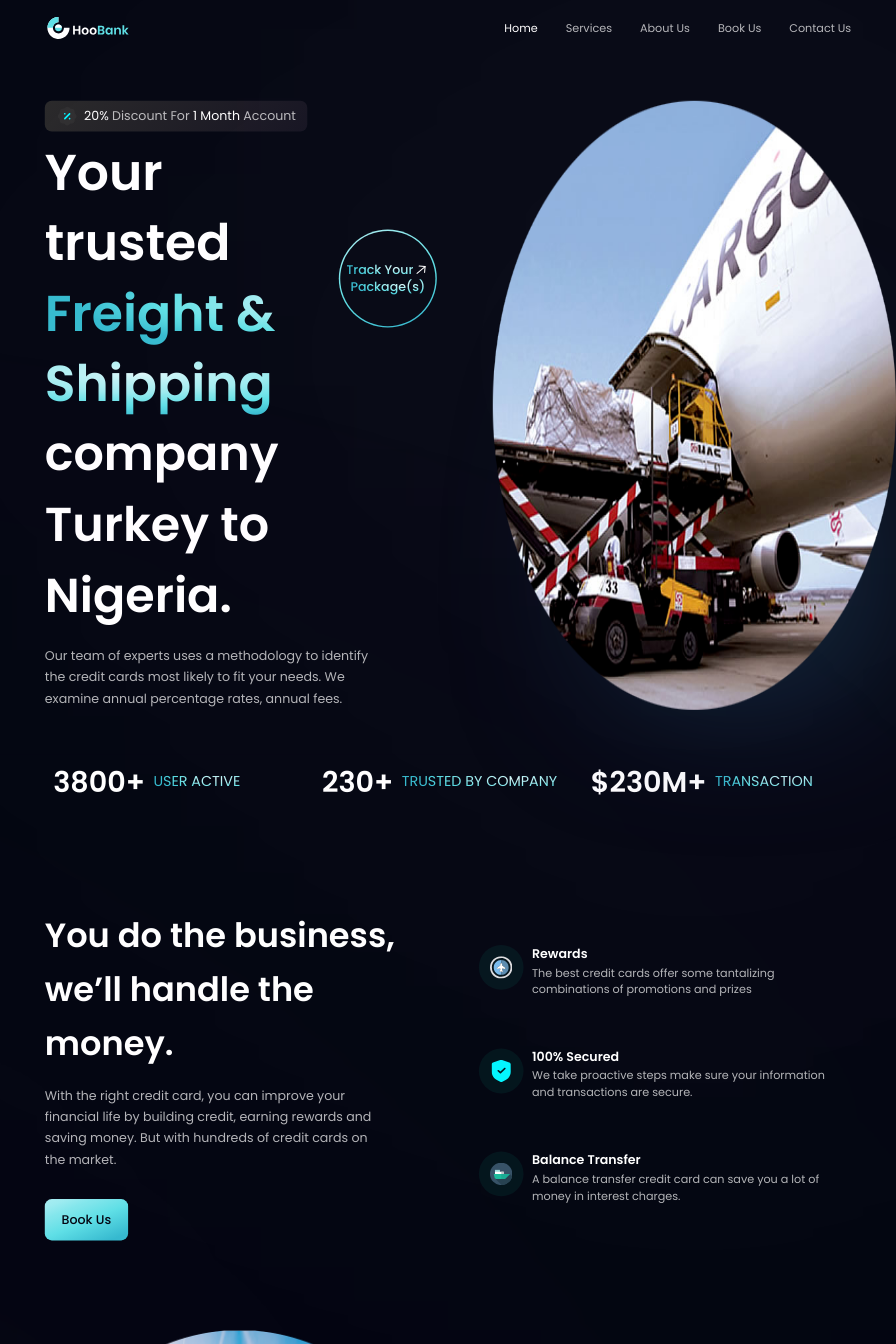
Repository: Miracleoluebube/captionlogistics
Page: /
These files come from the project's save history. The page is drawn as it stood at one moment and after a run of saves; the edit follows.
The browser window is 1280 px wide. The pictures show the part of the page from y = 0 to 1920 px (the page is 5317 px tall), at 70% of full size.
The project was rebuilt for these pictures with package versions that can differ from the ones it lists, and the page was loaded fresh each time. Also part of the build but not shown: vite.config.js.

Above is the page before, as saved 2022-10-01 11:43:09.

### src/index.css
/* :root {
  font-family: Inter, Avenir, Helvetica, Arial, sans-serif;
  font-size: 16px;
  line-height: 24px;
  font-weight: 400;

  color-scheme: light dark;
  color: rgba(255, 255, 255, 0.87);
  background-color: #242424;

  font-synthesis: none;
  text-rendering: optimizeLegibility;
  -webkit-font-smoothing: antialiased;
  -moz-osx-font-smoothing: grayscale;
  -webkit-text-size-adjust: 100%;
}

a {
  font-weight: 500;
  color: #646cff;
  text-decoration: inherit;
}
a:hover {
  color: #535bf2;
}

body {
  margin: 0;
  display: flex;
  place-items: center;
  min-width: 320px;
  min-height: 100vh;
}

h1 {
  font-size: 3.2em;
  line-height: 1.1;
}

button {
  border-radius: 8px;
  border: 1px solid transparent;
  padding: 0.6em 1.2em;
  font-size: 1em;
  font-weight: 500;
  font-family: inherit;
  background-color: #1a1a1a;
  cursor: pointer;
  transition: border-color 0.25s;
}
button:hover {
  border-color: #646cff;
}
button:focus,
button:focus-visible {
  outline: 4px auto -webkit-focus-ring-color;
}
*/

@import url("https://fonts.googleapis.com/css2?family=Poppins:wght@400;500;600;700;800;900&display=swap");

@tailwind base;
@tailwind components;
@tailwind utilities;

:root {
  --black-gradient: linear-gradient(
    144.39deg,
    #ffffff -278.56%,
    #6d6d6d -78.47%,
    #11101d 91.61%
  );
  --card-shadow: 0px 20px 100px -10px rgba(66, 71, 91, 0.1);
}

* {
  scroll-behavior: smooth;
}

.text-gradient {
  background: radial-gradient(
    64.18% 64.18% at 71.16% 35.69%,
    #def9fa 0.89%,
    #bef3f5 17.23%,
    #9dedf0 42.04%,
    #7de7eb 55.12%,
    #5ce1e6 71.54%,
    #33bbcf 100%
  );
  -webkit-background-clip: text;
  -webkit-text-fill-color: transparent;
  background-clip: text;
  text-fill-color: transparent;
}

.bg-blue-gradient {
  background: linear-gradient(
    157.81deg,
    #def9fa -43.27%,
    #bef3f5 -21.24%,
    #9dedf0 12.19%,
    #7de7eb 29.82%,
    #5ce1e6 51.94%,
    #33bbcf 90.29%
  );
}

.bg-black-gradient {
  background: linear-gradient(
    144.39deg,
    #ffffff -278.56%,
    #6d6d6d -78.47%,
    #11101d 91.61%
  );
}

.bg-black-gradient-2 {
  background: linear-gradient(
    -168.39deg,
    #ffffff -278.56%,
    #6d6d6d -78.47%,
    #11101d 91.61%
  );
}

.bg-gray-gradient {
  background: linear-gradient(
    153.47deg,
    rgba(255, 255, 255, 0) -341.94%,
    #14101d 95.11%
  );
}

.bg-discount-gradient {
  background: linear-gradient(125.17deg, #272727 0%, #11101d 100%);
}

.box-shadow {
  box-shadow: 0px 20px 100px -10px rgba(66, 71, 91, 0.1);
}

.sidebar {
  -webkit-animation: slide-top 0.5s cubic-bezier(0.25, 0.46, 0.45, 0.94) both;
  animation: slide-top 0.5s cubic-bezier(0.25, 0.46, 0.45, 0.94) both;
}

@-webkit-keyframes slide-top {
  0% {
    -webkit-transform: translateY(100px);
    transform: translateY(100px);
  }
  100% {
    -webkit-transform: translateY(0);
    transform: translateY(0);
  }
}

@keyframes slide-top {
  0% {
    -webkit-transform: translateY(100px);
    transform: translateY(100px);
  }
  100% {
    -webkit-transform: translateY(0);
    transform: translateY(0);
  }
}

.feature-card:hover {
  background: var(--black-gradient);
  box-shadow: var(--card-shadow);
}

.feedback-container .feedback-card:last-child {
  margin-right: 0px;
}

.feedback-card {
  background: transparent;
}

.feedback-card:hover {
  background: var(--black-gradient);
}

.blue__gradient {
  background: linear-gradient(180deg, rgba(188, 165, 255, 0) 0%, #214d76 100%);
  filter: blur(123px);
}

.pink__gradient {
  background: linear-gradient(90deg, #f4c4f3 0%, #fc67fa 100%);
  filter: blur(900px);
}

.white__gradient {
  background: rgba(255, 255, 255, 0.6);
  filter: blur(750px);
}


@media (prefers-color-scheme: light) {
  :root {
    color: #213547;
    background-color: #ffffff;
  }
  a:hover {
    color: #747bff;
  }
  button {
    background-color: #f9f9f9;
  }
}

### src/style.js
const styles = {
  boxWidth: "xl:max-w-[1280px] w-full",

  heading2: "font-poppins font-semibold xs:text-[48px] text-[40px] text-white xs:leading-[76.8px] leading-[66.8px] w-full",
  paragraph: "font-poppins font-normal text-dimWhite text-[18px] leading-[30.8px]",

  flexCenter: "flex justify-center items-center",
  flexStart: "flex justify-center items-start",

  paddingX: "sm:px-16 px-6",
  paddingY: "sm:py-16 py-6",
  padding: "sm:px-16 px-6 sm:py-12 py-4",

  marginX: "sm:mx-16 mx-6",
  marginY: "sm:my-16 my-6",
};

export const layout = {
  section: `flex md:flex-row flex-col ${styles.paddingY}`,
  sectionReverse: `flex md:flex-row flex-col-reverse ${styles.paddingY}`,

  sectionImgReverse: `flex-1 flex ${styles.flexCenter} md:mr-10 mr-0 md:mt-0 mt-10 relative`,
  sectionImg: `flex-1 flex ${styles.flexCenter} md:ml-10 ml-0 md:mt-0 mt-10 relative`,

  sectionInfo: `flex-1 ${styles.flexStart} flex-col`,
};

export default styles;

### src/components/Navbar.jsx
import { useState } from "react";

import { close, logo, menu } from "../assets";
import { navLinks } from "../constants";

const Navbar = () => {
  const [active, setActive] = useState("Home");
  const [toggle, setToggle] = useState(false);

  return (
    <nav className="w-full flex py-6 justify-between items-center navbar">
      <img src={logo} alt="hoobank" className="w-[124px] h-[32px]" />

      <ul className="list-none sm:flex hidden justify-end items-center flex-1">
        {navLinks.map((nav, index) => (
          <li
            key={nav.id}
            className={`font-poppins font-normal cursor-pointer text-[16px] ${
              active === nav.title ? "text-white" : "text-dimWhite"
            } ${index === navLinks.length - 1 ? "mr-0" : "mr-10"}`}
            onClick={() => setActive(nav.title)}
          >
            <a href={`#${nav.id}`}>{nav.title}</a>
          </li>
        ))}
      </ul>

      <div className="sm:hidden flex flex-1 justify-end items-center">
        <img
          src={toggle ? close : menu}
          alt="menu"
          className="w-[28px] h-[28px] object-contain"
          onClick={() => setToggle(!toggle)}
        />

        <div
          className={`${
            !toggle ? "hidden" : "flex"
          } p-6 bg-black-gradient absolute top-20 right-0 mx-4 my-2 min-w-[140px] rounded-xl sidebar`}
        >
          <ul className="list-none flex justify-end items-start flex-1 flex-col">
            {navLinks.map((nav, index) => (
              <li
                key={nav.id}
                className={`font-poppins font-medium cursor-pointer text-[16px] ${
                  active === nav.title ? "text-white" : "text-dimWhite"
                } ${index === navLinks.length - 1 ? "mb-0" : "mb-4"}`}
                onClick={() => setActive(nav.title)}
              >
                <a href={`#${nav.id}`}>{nav.title}</a>
              </li>
            ))}
          </ul>
        </div>
      </div>
    </nav>
  );
};

export default Navbar;

### src/components/Billing.jsx
import { apple, bill, google } from "../assets";
import styles, { layout } from "../style";

const Billing = () => (
  <section id="product" className={layout.sectionReverse}>
    <div className={layout.sectionImgReverse}>
      <img src={bill} alt="billing" className="w-[100%] h-[100%] relative z-[5]" />

      {/* gradient start */}
      <div className="absolute z-[3] -left-1/2 top-0 w-[50%] h-[50%] rounded-full white__gradient" />
      <div className="absolute z-[0] w-[50%] h-[50%] -left-1/2 bottom-0 rounded-full pink__gradient" />
      {/* gradient end */}
    </div>

    <div className={layout.sectionInfo}>
      <h2 className={styles.heading2}>
        Easily control your <br className="sm:block hidden" /> billing &
        invoicing
      </h2>
      <p className={`${styles.paragraph} max-w-[470px] mt-5`}>
        Elit enim sed massa etiam. Mauris eu adipiscing ultrices ametodio
        aenean neque. Fusce ipsum orci rhoncus aliporttitor integer platea
        placerat.
      </p>

      <div className="flex flex-row flex-wrap sm:mt-10 mt-6">
        <img src={apple} alt="google_play" className="w-[128.86px] h-[42.05px] object-contain mr-5 cursor-pointer" />
        <img src={google} alt="google_play" className="w-[144.17px] h-[43.08px] object-contain cursor-pointer" />
      </div>
    </div>
  </section>
);

export default Billing;

### src/components/CardDeal.jsx
import { card } from "../assets";
import styles, { layout } from "../style";
import Button from "./Button";

const CardDeal = () => (
  <section id="book Us" className={layout.section}>
    <div className={layout.sectionInfo}>
      <h2 className={styles.heading2}>
        Find a better card deal <br className="sm:block hidden" /> in few easy
        steps.
      </h2>
      <p className={`${styles.paragraph} max-w-[470px] mt-5`}>
        Arcu tortor, purus in mattis at sed integer faucibus. Aliquet quis
        aliquet eget mauris tortor.ç Aliquet ultrices ac, ametau.
      </p>

      <Button styles={`mt-10`} />
    </div>

    <div className={layout.sectionImg}>
      <img src={card} alt="billing" className="w-[100%] h-[100%]" />
    </div>
  </section>
);

export default CardDeal;

### src/components/Business.jsx
import { features } from "../constants";
import styles, { layout } from "../style";
import Button from "./Button";

const FeatureCard = ({ icon, title, content, index }) => (
  <div className={`flex flex-row p-6 rounded-[20px] ${index !== features.length - 1 ? "mb-6" : "mb-0"} feature-card`}>
    <div className={`w-[64px] h-[64px] rounded-full ${styles.flexCenter} bg-dimBlue`}>
      <img src={icon} alt="star" className="w-[50%] h-[50%] object-contain" />
    </div>
    <div className="flex-1 flex flex-col ml-3">
      <h4 className="font-poppins font-semibold text-white text-[18px] leading-[23.4px] mb-1">
        {title}
      </h4>
      <p className="font-poppins font-normal text-dimWhite text-[16px] leading-[24px]">
        {content}
      </p>
    </div>
  </div>
);

const Business = () =>  (
  <section id="features" className={layout.section}>
    <div className={layout.sectionInfo}>
      <h2 className={styles.heading2}>
        You do the business, <br className="sm:block hidden" /> we’ll handle
        the money.
      </h2>
      <p className={`${styles.paragraph} max-w-[470px] mt-5`}>
        With the right credit card, you can improve your financial life by
        building credit, earning rewards and saving money. But with hundreds
        of credit cards on the market.
      </p>

      <Button styles={`mt-10`} />
    </div>

    <div className={`${layout.sectionImg} flex-col`}>
      {features.map((feature, index) => (
        <FeatureCard key={feature.id} {...feature} index={index} />
      ))}
    </div>
  </section>
);

export default Business;

### src/components/CTA.jsx
import styles from "../style";
import Button from "./Button";

const CTA = () => (
  <section className={`${styles.flexCenter} ${styles.marginY} ${styles.padding} sm:flex-row flex-col bg-black-gradient-2 rounded-[20px] box-shadow`}>
    <div className="flex-1 flex flex-col">
      <h2 className={styles.heading2}>Let’s try our service now!</h2>
      <p className={`${styles.paragraph} max-w-[470px] mt-5`}>
        Everything you need to accept card payments and grow your business
        anywhere on the planet.
      </p>
    </div>

    <div  className={`${styles.flexCenter} sm:ml-10 ml-0 sm:mt-0 mt-10`}>
      <Button />
    </div>
  </section>
);

export default CTA;

### src/components/Stats.jsx
import { stats } from "../constants";
import styles from "../style";

const Stats = () => (
  <section className={`${styles.flexCenter} flex-row flex-wrap sm:mb-20 mb-6`}>
    {stats.map((stat) => (
      <div key={stat.id} className={`flex-1 flex justify-start items-center flex-row m-3`} >
        <h4 className="font-poppins font-semibold xs:text-[40.89px] text-[30.89px] xs:leading-[53.16px] leading-[43.16px] text-white">
          {stat.value}
        </h4>
        <p className="font-poppins font-normal xs:text-[20.45px] text-[15.45px] xs:leading-[26.58px] leading-[21.58px] text-gradient uppercase ml-3">
          {stat.title}
        </p>
      </div>
    ))}
  </section>
);

export default Stats;

### src/components/Footer.jsx
import styles from "../style";
import { logo } from "../assets";
import { footerLinks, socialMedia } from "../constants";

const Footer = () => (
  <section className={`${styles.flexCenter} ${styles.paddingY} flex-col`}>
    <div className={`${styles.flexStart} md:flex-row flex-col mb-8 w-full`}>
      <div className="flex-[1] flex flex-col justify-start mr-10">
        <img
          src={logo}
          alt="hoobank"
          className="w-[266px] h-[72.14px] object-contain"
        />
        <p className={`${styles.paragraph} mt-4 max-w-[312px]`}>
          A new way to make the payments easy, reliable and secure.
        </p>
      </div>

      <div className="flex-[1.5] w-full flex flex-row justify-between flex-wrap md:mt-0 mt-10">
        {footerLinks.map((footerlink) => (
          <div key={footerlink.title} className={`flex flex-col ss:my-0 my-4 min-w-[150px]`}>
            <h4 className="font-poppins font-medium text-[18px] leading-[27px] text-white">
              {footerlink.title}
            </h4>
            <ul className="list-none mt-4">
              {footerlink.links.map((link, index) => (
                <li
                  key={link.name}
                  className={`font-poppins font-normal text-[16px] leading-[24px] text-dimWhite hover:text-secondary cursor-pointer ${
                    index !== footerlink.links.length - 1 ? "mb-4" : "mb-0"
                  }`}
                >
                  {link.name}
                </li>
              ))}
            </ul>
          </div>
        ))}
      </div>
    </div>

    <div className="w-full flex justify-between items-center md:flex-row flex-col pt-6 border-t-[1px] border-t-[#3F3E45]">
      <p className="font-poppins font-normal text-center text-[18px] leading-[27px] text-white">
        Copyright Ⓒ 2022 HooBank. All Rights Reserved.
      </p>

      <div className="flex flex-row md:mt-0 mt-6">
        {socialMedia.map((social, index) => (
          <img
            key={social.id}
            src={social.icon}
            alt={social.id}
            className={`w-[21px] h-[21px] object-contain cursor-pointer ${
              index !== socialMedia.length - 1 ? "mr-6" : "mr-0"
            }`}
            onClick={() => window.open(social.link)}
          />
        ))}
      </div>
    </div>
  </section>
);

export default Footer;

### src/components/Testimonials.jsx
import { feedback } from "../constants";
import styles from "../style";
import FeedbackCard from "./FeedbackCard";

const Testimonials = () => (
  <section id="clients" className={`${styles.paddingY} ${styles.flexCenter} flex-col relative `}>
    <div className="absolute z-[0] w-[60%] h-[60%] -right-[50%] rounded-full blue__gradient bottom-40" />

    <div className="w-full flex justify-between items-center md:flex-row flex-col sm:mb-16 mb-6 relative z-[1]">
      <h2 className={styles.heading2}>
        What People are <br className="sm:block hidden" /> saying about us
      </h2>
      <div className="w-full md:mt-0 mt-6">
        <p className={`${styles.paragraph} text-left max-w-[450px]`}>
          Everything you need to accept card payments and grow your business
          anywhere on the planet.
        </p>
      </div>
    </div>

    <div className="flex flex-wrap sm:justify-start justify-center w-full feedback-container relative z-[1]">
      {feedback.map((card) => <FeedbackCard key={card.id} {...card} />)}
    </div>
  </section>
);

export default Testimonials;

### src/components/Hero.jsx
import styles from "../style";
import { discount, robot } from "../assets";
import GetStarted from "./GetStarted";

const Hero = () => {
  return (
    <section id="home" className={`flex md:flex-row flex-col ${styles.paddingY}`}>
      <div className={`flex-1 ${styles.flexStart} flex-col xl:px-0 sm:px-16 px-6`}>
        <div className="flex flex-row items-center py-[6px] px-4 bg-discount-gradient rounded-[10px] mb-2">
          <img src={discount} alt="discount" className="w-[32px] h-[32px]" />
          <p className={`${styles.paragraph} ml-2`}>
            <span className="text-white">20%</span> Discount For{" "}
            <span className="text-white">1 Month</span> Account
          </p>
        </div>

        <div className="flex flex-row justify-between items-center w-full">
          <h1 className="flex-1 font-poppins font-semibold ss:text-[72px] text-[52px] text-white ss:leading-[100.8px] leading-[75px]">
            Your trusted <br className="sm:block hidden" />{" "}
            <span className="text-gradient">Freight & Shipping</span>{" "}
          </h1>
          <div className="ss:flex hidden md:mr-4 mr-0">
            <GetStarted />
          </div>
        </div>

        <h1 className="font-poppins font-semibold ss:text-[68px] text-[52px] text-white ss:leading-[100.8px] leading-[75px] w-full">
  company Turkey to Nigeria.
        </h1>
        <p className={`${styles.paragraph} max-w-[470px] mt-5`}>
          Our team of experts uses a methodology to identify the credit cards
          most likely to fit your needs. We examine annual percentage rates,
          annual fees.
        </p>
      </div>

      <div className={`flex-1 flex ${styles.flexCenter} md:my-0 my-10 relative`}>
        <img src={robot} alt="billing" className="w-[100%] h-[100%] relative z-[5]" />

        {/* gradient start */}
        <div className="absolute z-[0] w-[40%] h-[35%] top-0 pink__gradient" />
        <div className="absolute z-[1] w-[80%] h-[80%] rounded-full white__gradient bottom-40" />
        <div className="absolute z-[0] w-[50%] h-[50%] right-20 bottom-20 blue__gradient" />
        {/* gradient end */}
      </div>

      <div className={`ss:hidden ${styles.flexCenter}`}>
        <GetStarted />
      </div>
    </section>
  );
};

export default Hero;

### src/assets/index.js
import airbnb from "./airbnb.png";
import bill from "./bill.png";
import binance from "./binance.png";
import card from "./card.png";
import coinbase from "./coinbase.png";
import dropbox from "./dropbox.png";
import logo from "./logo.svg";
import quotes from "./quotes.svg";
import robot from "./robot.png";
import send from "./Send.svg";
import shield from "./Shield.svg";
import star from "./Star.svg";
import menu from "./menu.svg";
import close from "./close.svg";
import google from "./google.svg";
import apple from "./apple.svg";
import arrowUp from "./arrow-up.svg";
import discount from "./Discount.svg";
import facebook from "./facebook.svg";
import instagram from "./instagram.svg";
import linkedin from "./linkedin.svg";
import twitter from "./twitter.svg";
import people01 from "./people01.png";
import people02 from "./people02.png";
import people03 from "./people03.png";

export {
  airbnb,
  bill,
  binance,
  card,
  coinbase,
  dropbox,
  logo,
  quotes,
  robot,
  send,
  shield,
  star,
  menu,
  close,
  google,
  apple,
  arrowUp,
  discount,
  facebook,
  instagram,
  linkedin,
  twitter,
  people01,
  people02,
  people03,
};

### src/components/Button.jsx
import React from "react";

const Button = ({ styles }) => (
  <button type="button" className={`py-4 px-6 font-poppins font-medium text-[18px] text-primary bg-blue-gradient rounded-[10px] outline-none ${styles}`}>
    Book Us
  </button>
);



export default Button;

### src/components/FeedbackCard.jsx
import { quotes } from "../assets";

const FeedbackCard = ({ content, name, title, img }) => (
  <div className="flex justify-between flex-col px-10 py-12 rounded-[20px]  max-w-[370px] md:mr-10 sm:mr-5 mr-0 my-5 feedback-card">
    <img src={quotes} alt="double_quotes" className="w-[42.6px] h-[27.6px] object-contain" />
    <p className="font-poppins font-normal text-[18px] leading-[32.4px] text-white my-10">
      {content}
    </p>

    <div className="flex flex-row">
      <img src={img} alt={name} className="w-[48px] h-[48px] rounded-full" />
      <div className="flex flex-col ml-4">
        <h4 className="font-poppins font-semibold text-[20px] leading-[32px] text-white">
          {name}
        </h4>
        <p className="font-poppins font-normal text-[16px] leading-[24px] text-dimWhite">
          {title}
        </p>
      </div>
    </div>
  </div>
);


export default FeedbackCard;

### src/components/GetStarted.jsx
import styles from "../style";
import { arrowUp } from "../assets";

const GetStarted = () => (
  <div className={`${styles.flexCenter} w-[140px] h-[140px] rounded-full bg-blue-gradient p-[2px] cursor-pointer`}>
    <div className={`${styles.flexCenter} flex-col bg-primary w-[100%] h-[100%] rounded-full`}>
      <div className={`${styles.flexStart} flex-row`}>
        <p className="font-poppins font-medium text-[18px] leading-[23.4px]">
          <span className="text-gradient">Track Your</span>
        </p>
        <img src={arrowUp} alt="arrow-up" className="w-[23px] h-[23px] object-contain" />
      </div>

      <p className="font-poppins font-medium text-[18px] leading-[23.4px]">
        <span className="text-gradient">Package(s)</span>
      </p>
    </div>
  </div>
);

export default GetStarted;

Loaded but not shown: index.html (common file); src/main.jsx (common file); src/App.jsx (common file); src/components/index.js (common file); src/components/Clients.jsx (common file); tailwind.config.cjs (common file); src/constants/index.js (202 lines, source omitted)

After the next 4 saves:
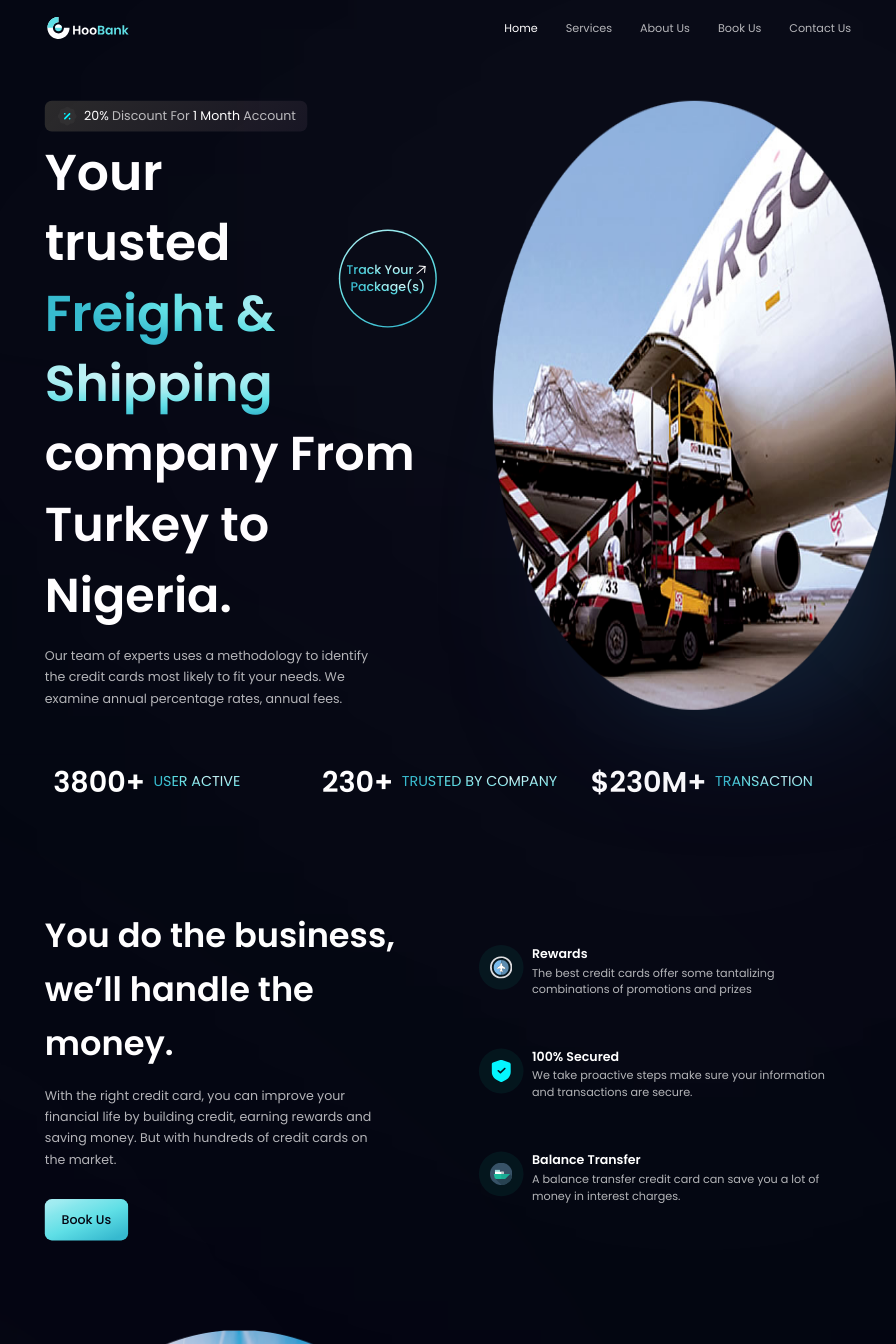
The 4 saves are shown as one change because they came seconds apart.
The last was saved 10 s later.
--- a/src/components/Hero.jsx
+++ b/src/components/Hero.jsx
@@ -25,7 +25,7 @@
         </div>
 
         <h1 className="font-poppins font-semibold ss:text-[68px] text-[52px] text-white ss:leading-[100.8px] leading-[75px] w-full">
-  company Turkey to Nigeria.
+  company From Turkey to Nigeria.
         </h1>
         <p className={`${styles.paragraph} max-w-[470px] mt-5`}>
           Our team of experts uses a methodology to identify the credit cards
